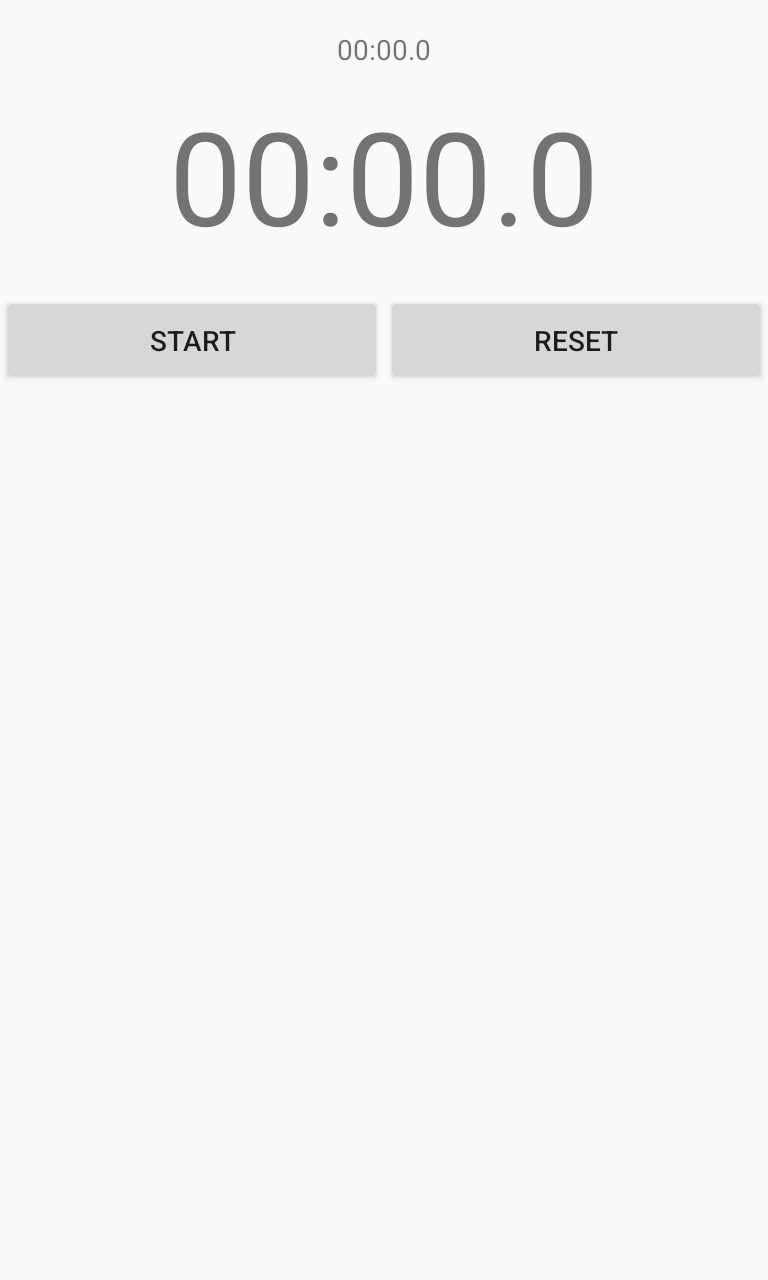
Repository: GitDidNotExitCleanly/AndroidTimer
Layout: G54MDP_Stopwatch/res/layout/fragment_stopwatch.xml
An editor plug-in stored every save of this project. The layout is shown before and after the next save, followed by the edit.
It is drawn on a 768 x 1280 px phone screen (xhdpi) without system bars, with theme AppTheme; the app's code is not run. Lists and similar views that code fills are empty.

Above is the layout before, as saved 2015-03-07 01:38:05.

### G54MDP_Stopwatch/res/layout/fragment_stopwatch.xml
<?xml version="1.0" encoding="utf-8"?>
<LinearLayout xmlns:android="http://schemas.android.com/apk/res/android"
    android:layout_width="match_parent"
    android:layout_height="match_parent"
    android:gravity="center_horizontal"
    android:orientation="vertical" >

        <LinearLayout
            android:layout_width="fill_parent"
            android:layout_height="wrap_content"
            android:layout_weight="0.5"
            android:gravity="center_horizontal"
            android:orientation="vertical" >

	        <TextView
	            android:id="@+id/smallTime"
	            android:layout_width="wrap_content"
	            android:layout_height="wrap_content"
	            android:text="00:00.0"
	            android:textSize="@dimen/stopwatch_small_time"
	            android:paddingTop="15dip"
	            android:paddingBottom="5dip" />

	        <TextView
	            android:id="@+id/largeTime"
	            android:layout_width="wrap_content"
	            android:layout_height="wrap_content"
	            android:text="00:00.0"
	            android:textSize="@dimen/stopwatch_large_time"
	            android:paddingTop="5dip"
	            android:paddingBottom="15dip" />

	        <LinearLayout
	            android:layout_width="match_parent"
	            android:layout_height="wrap_content"
	            android:gravity="center_horizontal"
	            android:orientation="horizontal"
	             >

	            <Button
	                android:id="@+id/start_stop"
	                android:layout_width="wrap_content"
	                android:layout_height="wrap_content"
	                android:layout_weight="1"
	                android:text="Start" />

	            <Button
	                android:id="@+id/reset_lap"
	                android:layout_width="wrap_content"
	                android:layout_height="wrap_content"
	                android:layout_weight="1"
	                android:text="Reset" />

	        </LinearLayout>
    </LinearLayout>

    <ListView
        android:id="@+id/timeList"
        android:layout_width="fill_parent"
        android:layout_height="wrap_content"
        android:layout_gravity="center_horizontal"
        android:layout_weight="0.3" >

    </ListView>

</LinearLayout>

### G54MDP_Stopwatch/res/values/dimens.xml
<resources>

    <!-- Default screen margins, per the Android Design guidelines. -->
    <dimen name="activity_horizontal_margin">16dp</dimen>
    <dimen name="activity_vertical_margin">16dp</dimen>
	<dimen name="stopwatch_small_time">40dsp</dimen>
    <dimen name="stopwatch_large_time">65dp</dimen>

</resources>

Loaded but not shown: G54MDP_Stopwatch/res/values/styles.xml (common file); G54MDP_Stopwatch/res/values-v11/styles.xml (common file); G54MDP_Stopwatch/res/values-v14/styles.xml (common file)

After the next save:
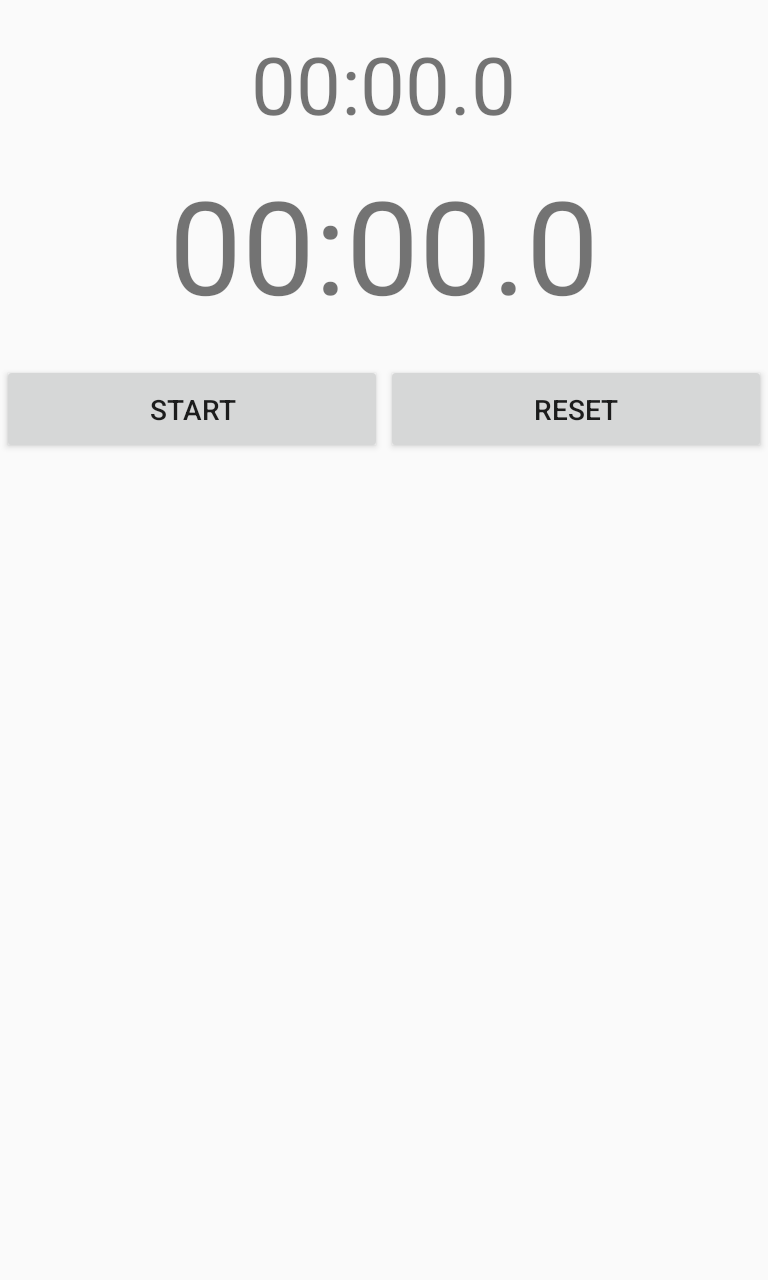
Saved 15 s later.
--- a/G54MDP_Stopwatch/res/values/dimens.xml
+++ b/G54MDP_Stopwatch/res/values/dimens.xml
@@ -3,7 +3,7 @@
     <!-- Default screen margins, per the Android Design guidelines. -->
     <dimen name="activity_horizontal_margin">16dp</dimen>
     <dimen name="activity_vertical_margin">16dp</dimen>
-	<dimen name="stopwatch_small_time">40dsp</dimen>
+	<dimen name="stopwatch_small_time">40dp</dimen>
     <dimen name="stopwatch_large_time">65dp</dimen>
 
 </resources>
